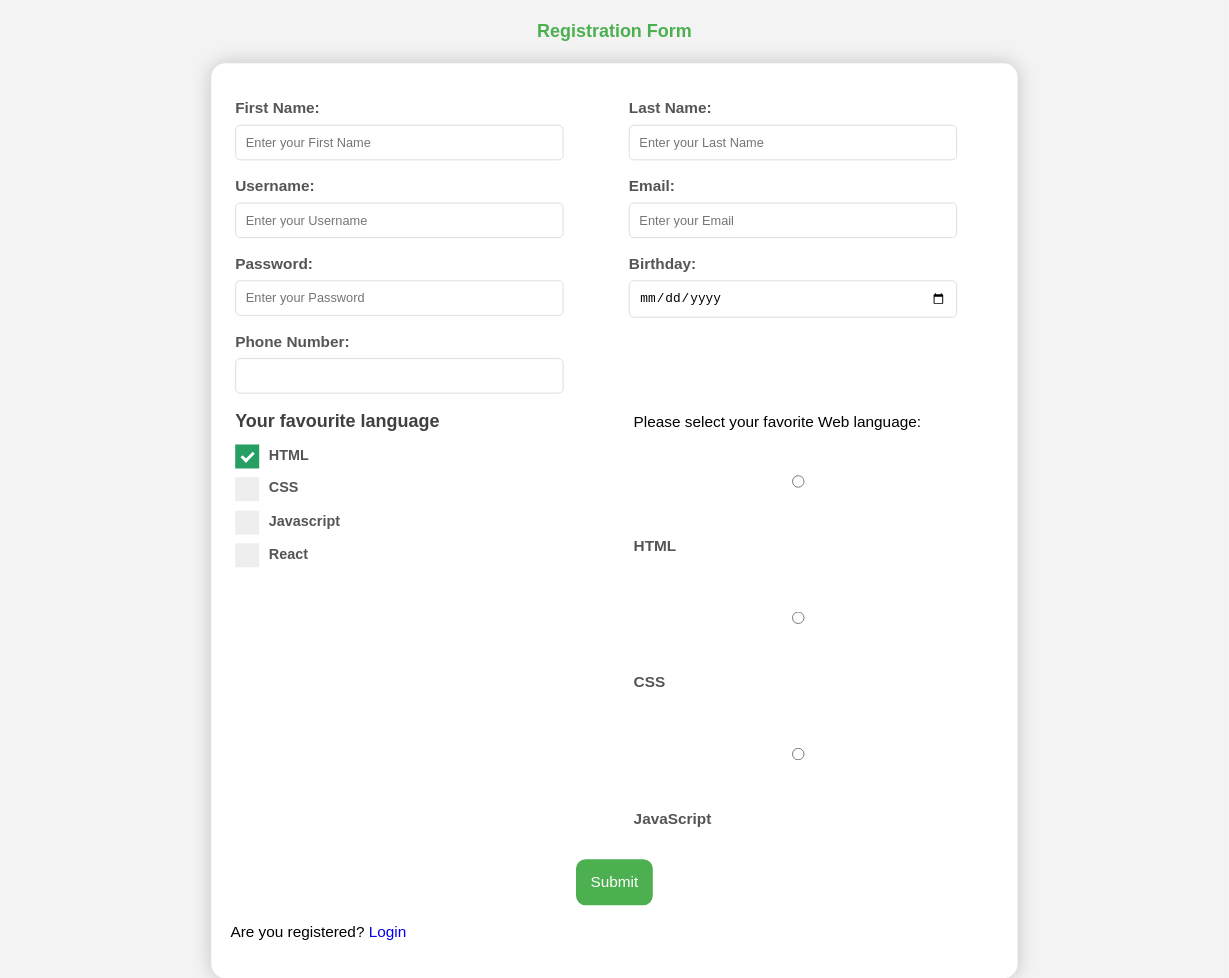
Repository: alizey12/Regestratin-Form-js
Page: regester.html
An editor plug-in stored every save of this project. The page is shown before and after a run of saves, followed by the edit.
The browser window is 1280 px wide. The pictures show the whole page, at 96% of full size.

Above is the page before, as saved 2024-11-29 18:53:54.

After the next 5 saves:
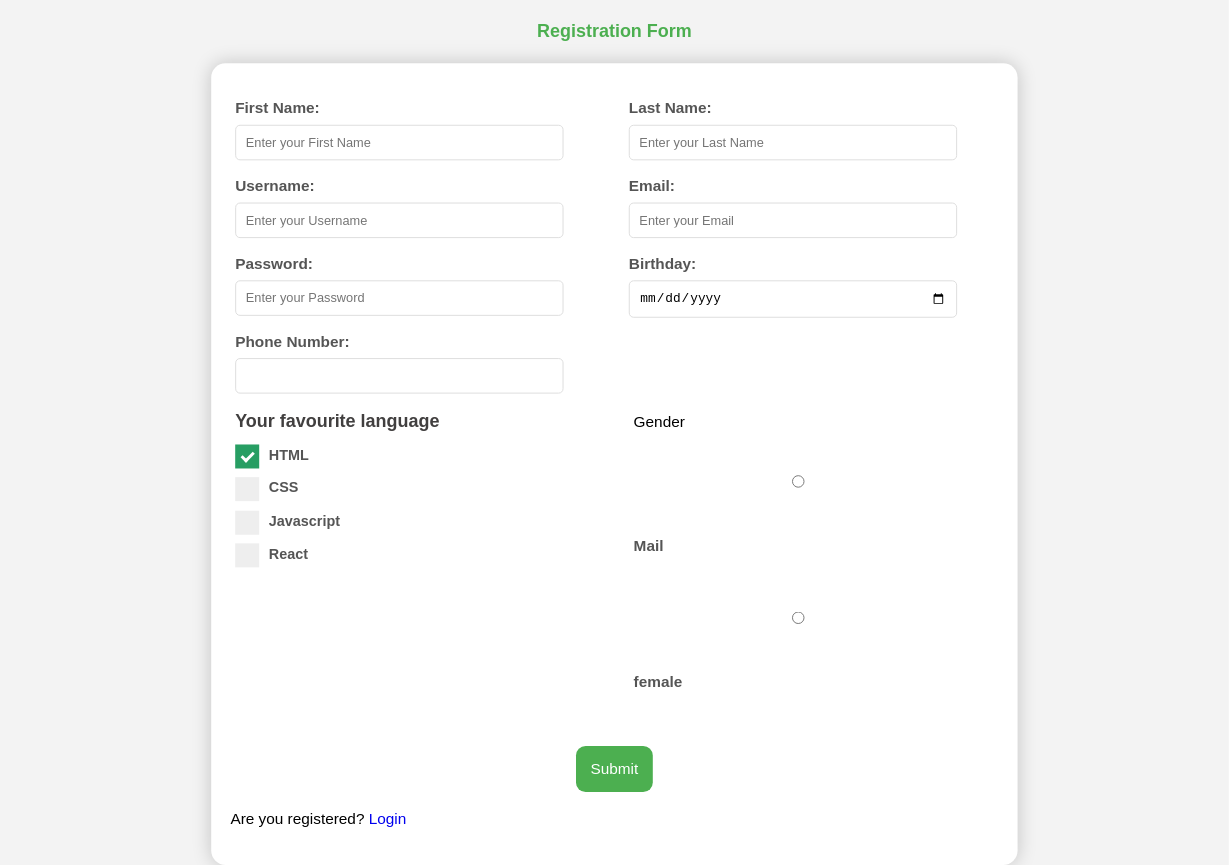
The 5 saves are shown as one change because they came seconds apart.
The last was saved 22 s later.
--- a/regester.html
+++ b/regester.html
@@ -58,13 +58,12 @@
                     <input type="date" id="birthday" name="birthday">
                     <div class="gen-rad">
 
-                        <p>Please select your favorite Web language:</p>
+                        <p>Gender</p>
                           <input type="radio" id="html" name="fav_language" value="HTML">
-                          <label for="html">HTML</label><br>
+                          <label for="html">Mail</label><br>
                           <input type="radio" id="css" name="fav_language" value="CSS">
-                          <label for="css">CSS</label><br>
-                          <input type="radio" id="javascript" name="fav_language" value="JavaScript">
-                          <label for="javascript">JavaScript</label>
+                          <label for="css">female</label><br>
+
 
                     </div>
 
